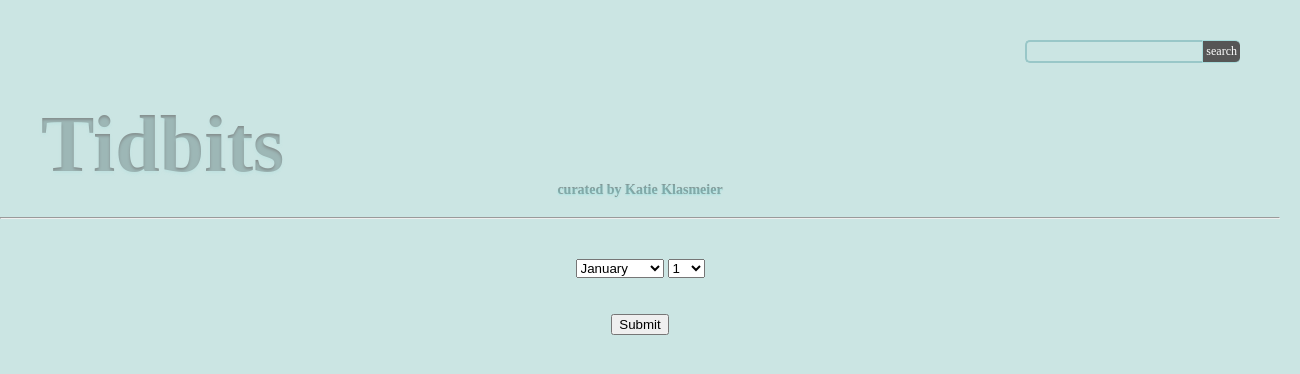
Repository: kklasmei/kklasmei.github.io
Page: tidbits/home.html
The author's editor kept a record of every edit. The page is drawn from the files as they stood at one moment, then again after the next edit.
The browser window is 1280 px wide. The page is 1300 px wide, so the pictures cover 1300 px, including what lies to the right of the window. The pictures show the whole page.

Above is the page before.

### tidbits/home.html
<html>
    <head>
        <title>Tidbits</title>
        <link rel="stylesheet" href="tidbits.css">
    </head>
    <body>
        	<div id="search">
		<form id="searchbody" method="get" action="http://kklasmei.github.io/tidbits/home.html">
		        <input type="text" class="bar"  maxlength="120"><input type="submit" value="search" class="button">
		</form>
	<div class="tfclear"></div>
	</div>

        <h1> Tidbits </h1>
        <h2> curated by Katie Klasmeier </h2>
        <hr>
<div class= "date">
    <div class= "month"><select name="month">
    	<option value="1">January
    	<option value="2">February
    	<option value="3">March
    	<option value="4">April
    	<option value="5">May
    	<option value="6">June
    	<option value="7">July
    	<option value="8">August
    	<option value="9">September
    	<option value="10">October
    	<option value="11">November
    	<option value="12">December
    </select></div>

    <div class= "day"><select name="day">
    	<option value="1">1
    	<option value="2">2
    	<option value="3">3
    	<option value="4">4
    	<option value="5">5
    	<option value="6">6
    	<option value="7">7
    	<option value="8">8
    	<option value="9">9
    	<option value="10">10
    	<option value="11">11
    	<option value="12">12
    	<option value="13">13
    	<option value="14">14
    	<option value="15">15
    	<option value="16">16
    	<option value="17">17
    	<option value="18">18
    	<option value="19">19
    	<option value="20">20
    	<option value="21">21
    	<option value="22">22
    	<option value="23">23
    	<option value="24">24
    	<option value="25">25
    	<option value="26">26
    	<option value="27">27
    	<option value="28">28
    	<option value="29">29
    	<option value="30">30
    	<option value="31">31
    </select></div>
</div>
    	<br>
    	<br>

    <div class="submit"><input type="submit" value="Submit"></div>



    </body>
</html>

### tidbits/tidbits.css
h1 {
    text-align: center;
    font-size: 80;
    margin: -20;
    font-family: Archer;
    opacity: .6;
    background-color: #565656;
    color: transparent;
    text-shadow: 0px 2px 3px rgba(167,219,219,.5);
  -webkit-background-clip: text;
     -moz-background-clip: text;
          background-clip: text;
}

h2 {
    text-align: center;
    font-size: 14;
    font-family: Archer;
    opacity: .6;
    background-color: #565656;
    padding-bottom: 8;
    color: transparent;
    text-shadow: 0px 1px 2px rgba(68,219,219,.5);
  -webkit-background-clip: text;
     -moz-background-clip: text;
          background-clip: text;
}

body {
    background: #cbe5e3;
    margin: 0;
    padding: 0;
}

hr {
    margin-bottom: 40;
    width: auto;
    color: #44dbdb;
    display: block;
    height: 0;
}

.submit {
    text-align: center;
}

.month, .day {
    display: inline;
}

.date {
    text-align: center;
}

#searchbody {
	float: right;
	padding: 40px;
	margin-left: 50%;
}

.bar {
		margin: 0;
		padding: 2px 10px;
		font-family: Archer;
		font-size: 12px;
		border: 2px solid #99c7c8; border-right:0px;
		border-top-left-radius: 5px 5px;
		border-bottom-left-radius: 5px 5px;
		background-color: transparent;
}

.button {
		margin: 0;
		padding: 3px 3px;
		font-family: Archer;
		font-size: 12px;
		cursor: pointer;
		text-align: center;
		text-decoration: none;
		color: #ffffff;
		border: solid 1px #a7dbdb; border-right:0px;
		background: #a7dbdb;
		background: -webkit-gradient(linear, left top, left bottom, from(#565656), to(#565656));
		background: -moz-linear-gradient(top,  #00adee,  #0078a5);
		border-top-right-radius: 5px 5px;
		border-bottom-right-radius: 5px 5px;
	}
	.tfbutton:hover {
		text-decoration: none;
		background: #565656;
		background: -webkit-gradient(linear, left top, left bottom, from(#0095cc), to(#00678e));
		background: -moz-linear-gradient(top,  #0095cc,  #00678e);
	}
	/* Fixes submit button height problem in Firefox */
	.tfbutton::-moz-focus-inner {
	  border: 0;
	}
	.tfclear{
		clear:both;
	}

After the next edit:
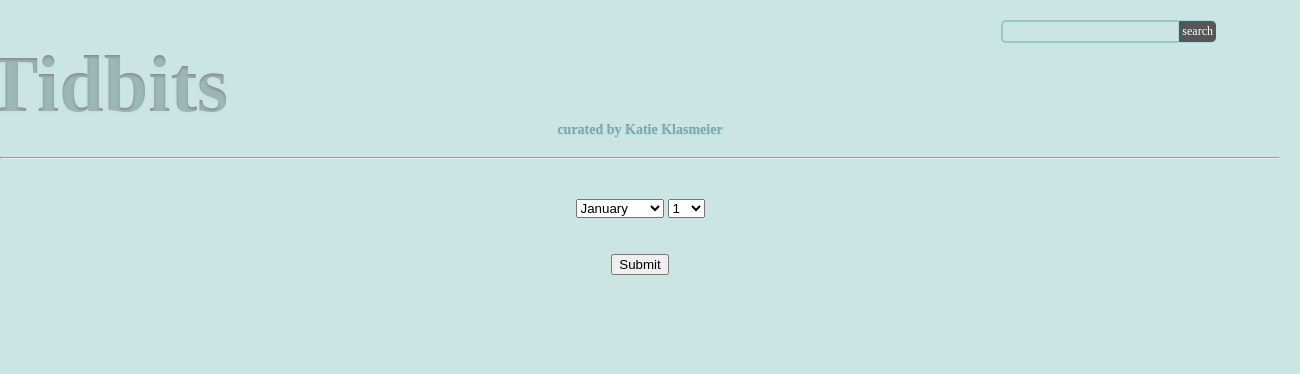
The edit:
--- a/tidbits/tidbits.css
+++ b/tidbits/tidbits.css
@@ -54,8 +54,9 @@
 
 #searchbody {
 	float: right;
-	padding: 40px;
-	margin-left: 50%;
+	padding-top: 20px;
+	margin-right: 5%;
+	margin-left: 60%;
 }
 
 .bar {
